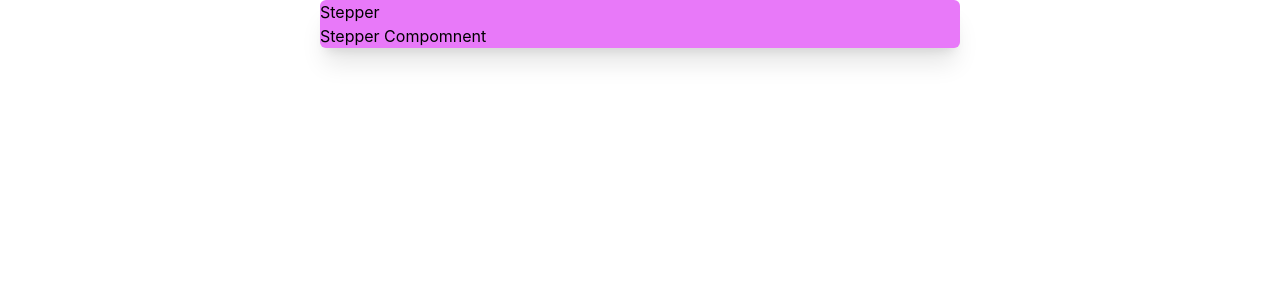
Repository: OmniaRafat232111121/reactstepper
Page: /
An editor plug-in stored every save of this project. The page is shown before and after the next save, followed by the edit.
The browser window is 1280 px wide. The pictures show the whole page.
The project was rebuilt for these pictures with package versions that can differ from the ones it lists, and the page was loaded fresh each time. Also part of the build but not shown: src/App.css.

Above is the page before, as saved 2023-02-21 16:50:17.

### src/App.js

import './App.css';
import Stepper from './Component/Stepper';
import StepperControl from './Component/StepperControl';
function App() {
  return (
    <div className="md:w-1/2 mx-auto  rounded-md shadow-xl bg-fuchsia-400">
     {/*stepper*/}
     <Stepper/>
     {/*StepperCOntrol*/}
     <StepperControl/>
    </div>
  );
}

export default App;

### src/Component/Stepper.js
import React from 'react'

const Stepper = () => {
  return (
    <div>
      <h1>Stepper</h1>
    </div>
  )
}

export default Stepper

### src/Component/StepperControl.js
import React from 'react'

const StepperControl = () => {
  return (
    <div>
      <h1>Stepper Compomnent</h1>
    </div>
  )
}

export default StepperControl

Loaded but not shown: public/index.html (common file); src/index.js (common file); src/index.css (common file); tailwind.config.js (common file)

After the next save:
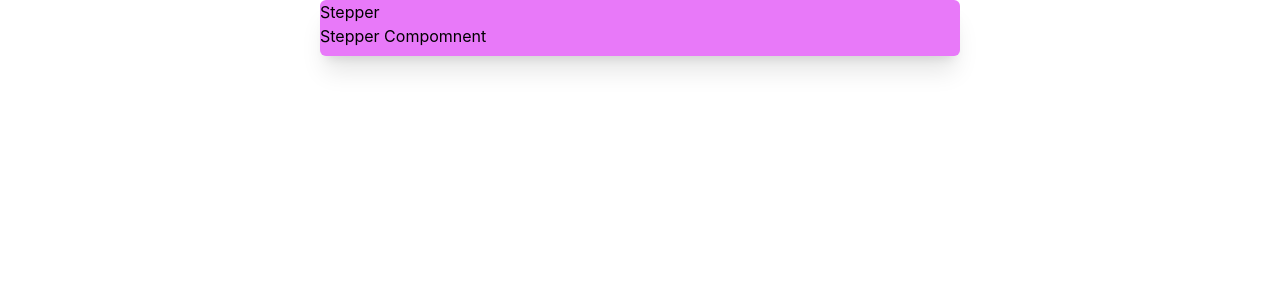
Saved 19 s later.
--- a/src/App.js
+++ b/src/App.js
@@ -4,7 +4,7 @@ import Stepper from './Component/Stepper';
 import StepperControl from './Component/StepperControl';
 function App() {
   return (
-    <div className="md:w-1/2 mx-auto  rounded-md shadow-xl bg-fuchsia-400">
+    <div className="md:w-1/2 mx-auto  rounded-md shadow-xl bg-fuchsia-400 pb-2">
      {/*stepper*/}
      <Stepper/>
      {/*StepperCOntrol*/}
